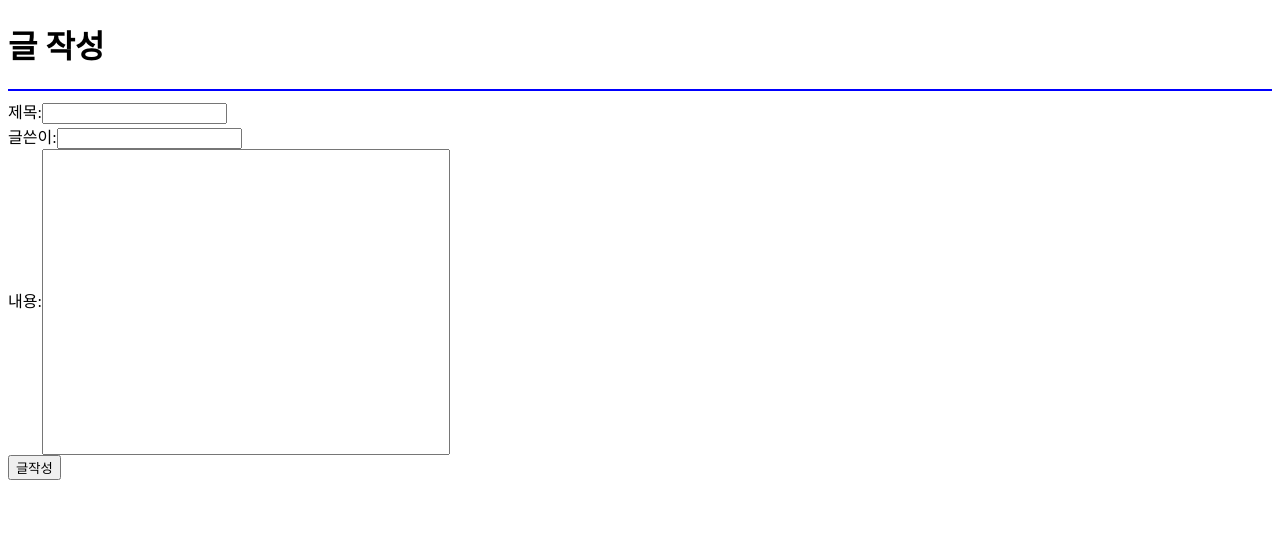
Repository: Yusubin/workEx
Page: test00/src/main/webapp/index.html
These files come from the project's save history. The page is drawn as it stood at one moment and after the next save; the edit follows.
The browser window is 1280 px wide. The pictures show the whole page.

Above is the page before, as saved 2022-02-15 02:06:14.

### test00/src/main/webapp/index.html
<!DOCTYPE html>
<html>
	<head>
	<meta charset="UTF-8">
	<title>Insert title here</title>
	</head>
	<body>
	<h1>글 작성</h1>
	<hr color="blue">
	<form action="create.jsp">
	제목:<input type="text" name="title"><br>
	글쓴이:<input type="text" name="name"><br>
	내용:<input type="text" name="content" style="width:400px; height:300px"><br>
	<button>글작성</button>
	</form>


</html>

After the next save:
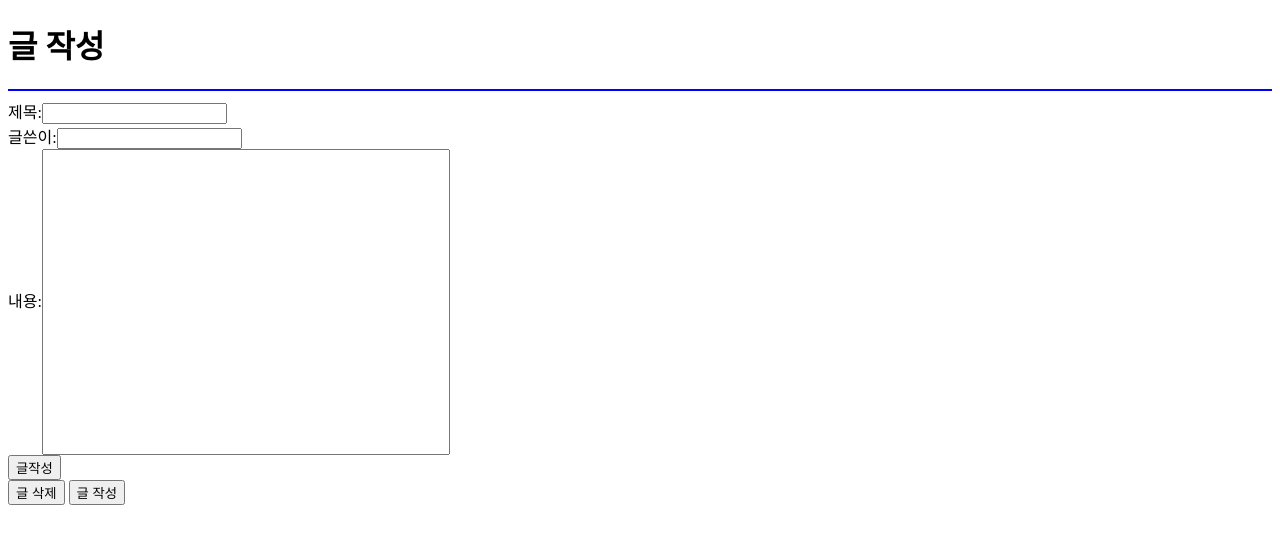
Saved 26 s later.
--- a/test00/src/main/webapp/index.html
+++ b/test00/src/main/webapp/index.html
@@ -13,6 +13,7 @@
 	내용:<input type="text" name="content" style="width:400px; height:300px"><br>
 	<button>글작성</button>
 	</form>
-
+	<button onclick="location = 'delete.html';">글 삭제</button>
+	<button onclick="location = 'index.html';">글 작성</button>
 
 </html>
